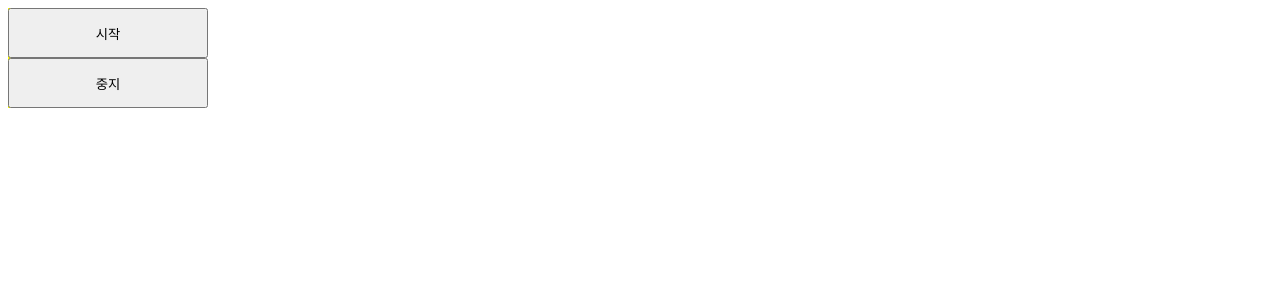
Repository: IreneCho/sk
Page: jqueryTest/WebContent/20160816/animation.html
The author's editor kept a copy of each file at every save. The page is drawn from the files as they stood at one save, then again after the next save.
The browser window is 1280 px wide. The pictures show the whole page.

Above is the page before, as saved 2016-08-16 07:34:05.

After the next save:
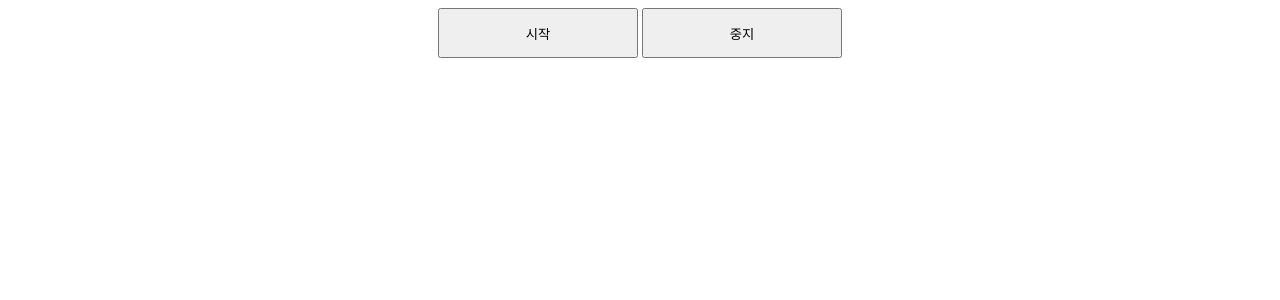
Saved 68 s later.
--- a/jqueryTest/WebContent/20160816/animation.html
+++ b/jqueryTest/WebContent/20160816/animation.html
@@ -5,11 +5,11 @@
 	<title>Insert title here</title>
 	<style>
 
-		div{
-		position: absolute;
-		width: 100px;
-		height: 100px;
-		background-color: yellow;
+	#container{
+			width : 80%;
+			height : 80%;
+			margin : 0 auto;
+			text-align: center;
 		}
 
 		#imgBox{
@@ -26,6 +26,7 @@
 			width: 200px;
 			height: 50px;
 		}
+
 
 	</style>
 	<script>
